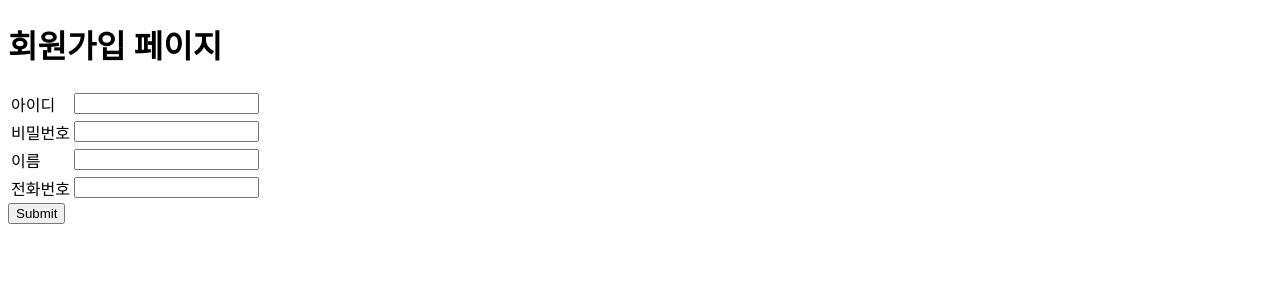
Repository: ksccmp/notice-board
Page: http://localhost/board/signup.jsp
The author's editor kept a copy of each file at every save. The page is drawn from the files as they stood at one save, then again after the next save.
The browser window is 1280 px wide. The pictures show the whole page.
The page is served by Tomcat 9. Nobody is signed in. The application's start-up code is not run. Other server files are loaded and not shown.

Above is the page before, as saved 2019-09-22 09:11:01.

### board/src/main/webapp/signup.jsp
<%@ page language="java" contentType="text/html; charset=UTF-8"
    pageEncoding="UTF-8"%>
<!DOCTYPE html PUBLIC "-//W3C//DTD HTML 4.01 Transitional//EN" "http://www.w3.org/TR/html4/loose.dtd">
<html>
<head>
<meta http-equiv="Content-Type" content="text/html; charset=UTF-8">
<title>Insert title here</title>
</head>
<body>
	<h1>회원가입 페이지</h1>
	<form method=post action="signup">
		<table>
			<tr>
				<td>아이디</td>
				<td><input type="text" name="id" id="id"></td>
			</tr>

			<tr>
				<td>비밀번호</td>
				<td><input type="password" name="password" id="password"></td>
			</tr>

			<tr>
				<td>이름</td>
				<td><input type="text" name="name" id="name"></td>
			</tr>

			<tr>
				<td>전화번호</td>
				<td><input type="text" name="number" id="number"></td>
			</tr>
		</table>
		<input type="submit" name="회원가입">
	</form>
</body>
</html>

After the next save:
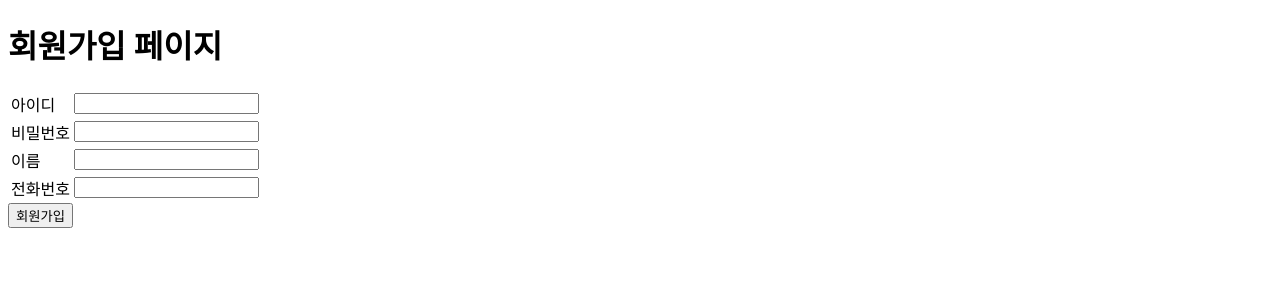
Saved 116 s later.
--- a/board/src/main/webapp/signup.jsp
+++ b/board/src/main/webapp/signup.jsp
@@ -30,7 +30,7 @@
 				<td><input type="text" name="number" id="number"></td>
 			</tr>
 		</table>
-		<input type="submit" name="회원가입">
+		<input type="submit" value="회원가입">
 	</form>
 </body>
 </html>
